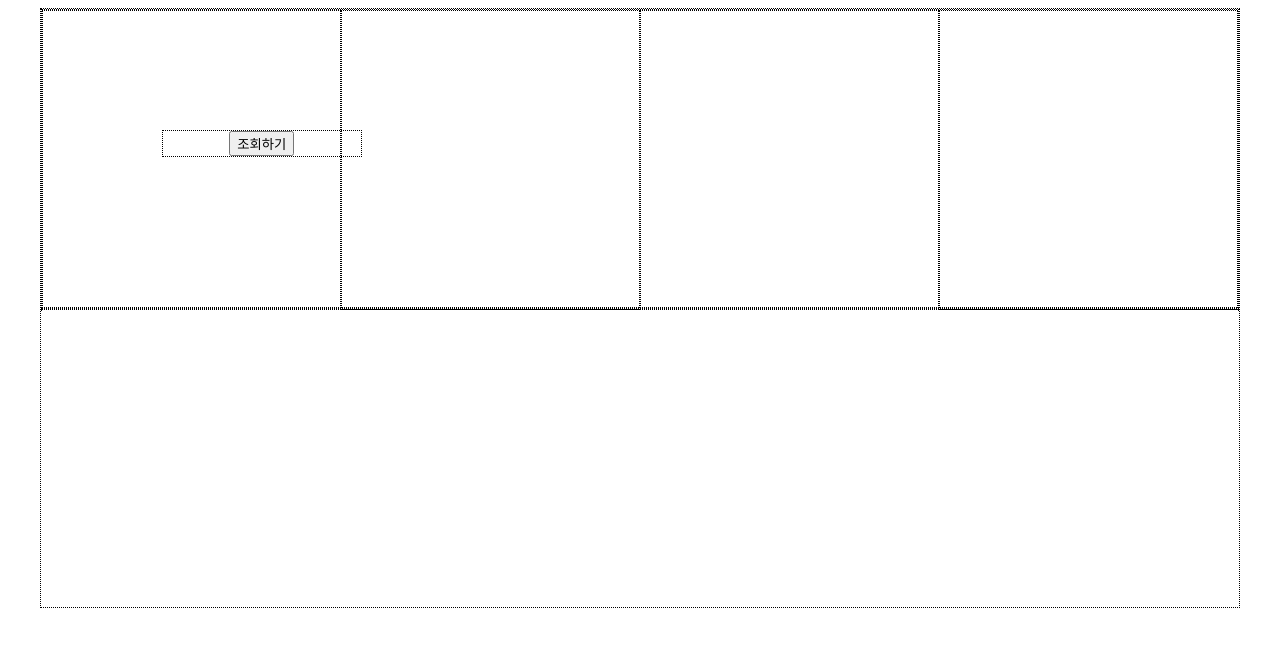
Repository: y2kim/workspace4
Page: MyBatisFramwork_07_12/WebContent/index.html
These files come from the project's save history. The page is drawn as it stood at one moment and after the next save; the edit follows.
The browser window is 1280 px wide. The pictures show the whole page.

Above is the page before, as saved 2018-07-12 01:25:53.

After the next save:
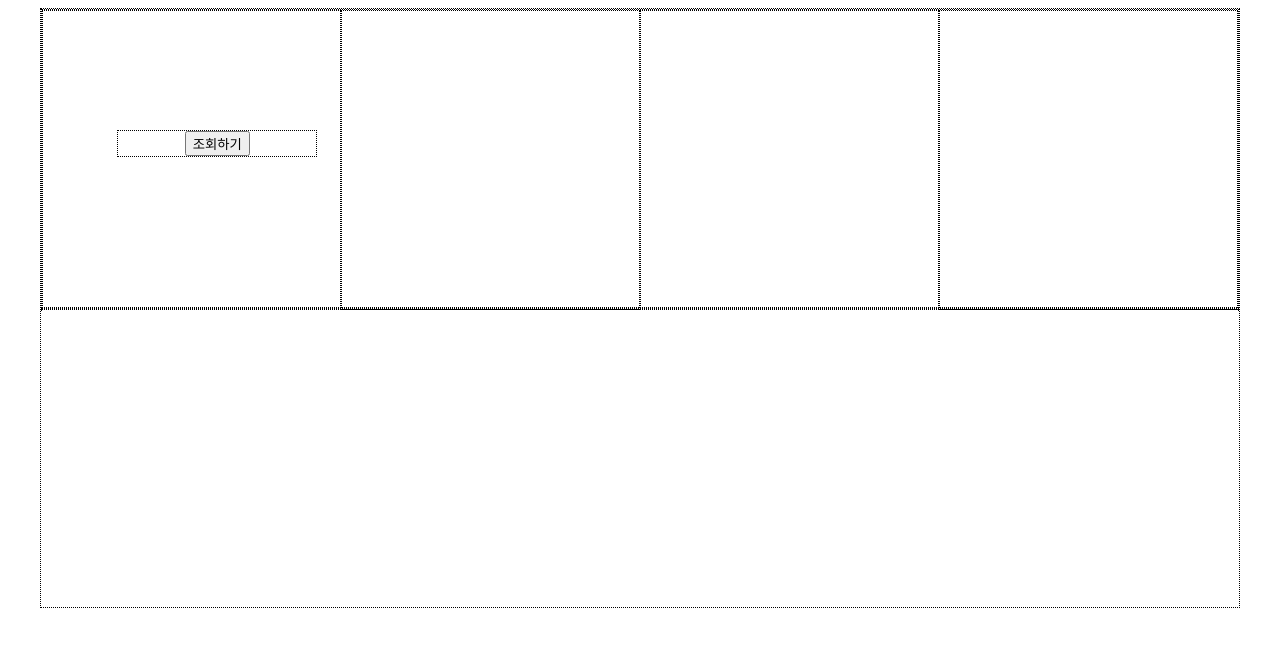
Saved 21 s later.
--- a/MyBatisFramwork_07_12/WebContent/index.html
+++ b/MyBatisFramwork_07_12/WebContent/index.html
@@ -30,7 +30,7 @@
 		.exam div{
 			text-align: center;
 			width:200px;
-			margin-left: 40%;
+			margin-left: 25%;
 			margin-top: 40%;
 
 		}
